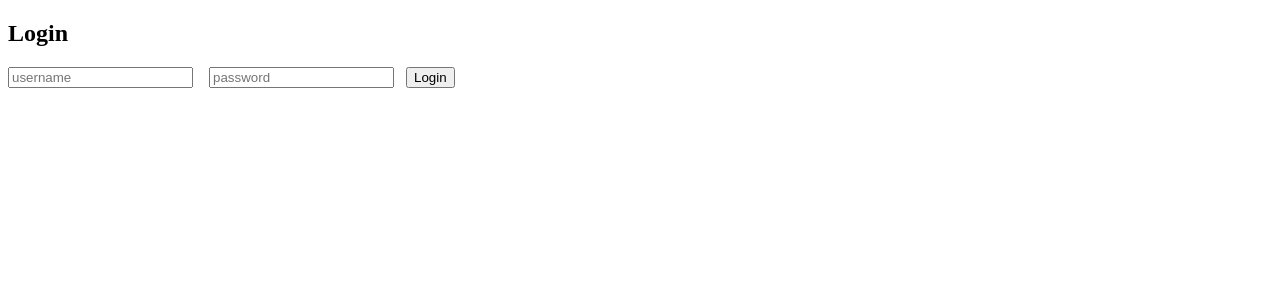
Repository: kkale14/My_allpr
Page: Kalyani1/src/main/webapp/Logintab.html
An editor plug-in stored every save of this project. The page is shown before and after the next save, followed by the edit.
The browser window is 1280 px wide. The pictures show the whole page.

Above is the page before, as saved 2025-03-04 06:50:54.

After the next save:
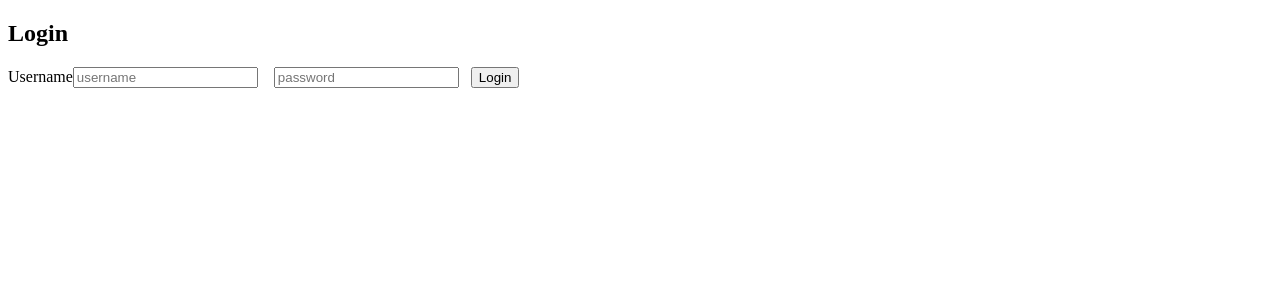
Saved 34 s later.
--- a/Kalyani1/src/main/webapp/Logintab.html
+++ b/Kalyani1/src/main/webapp/Logintab.html
@@ -20,7 +20,7 @@
             </div>
 -->
             <!-- Username and Password -->
-            <input type="text"  name="username"  placeholder="username" required>&nbsp;&nbsp;&nbsp;
+            <label>Username</label><input type="text"  name="username"  placeholder="username" required>&nbsp;&nbsp;&nbsp;
             <input type="password"  name="password"  placeholder="password" required>&nbsp;&nbsp;
 
             <!-- Login Button -->
